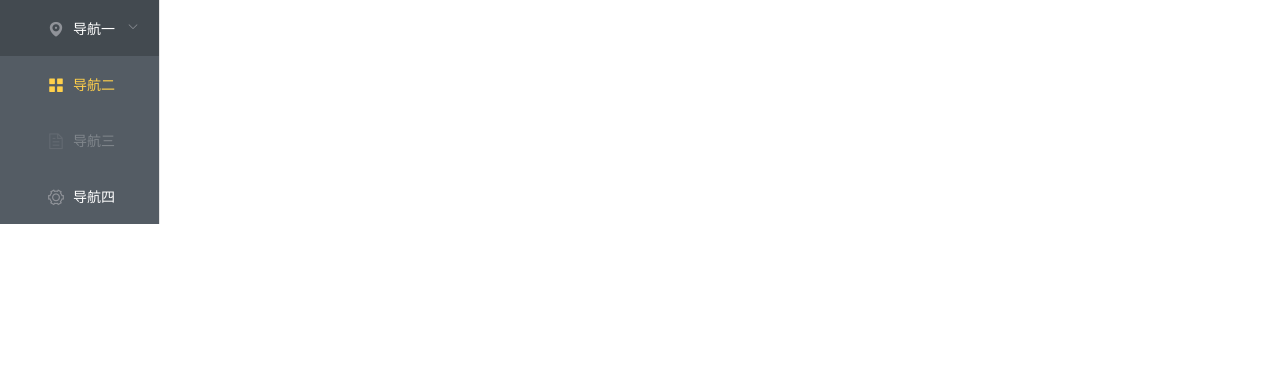
Repository: cjl0805/graduation-design-front
Page: /back/home
An editor plug-in stored every save of this project. The page is shown before and after the next save, followed by the edit.
The browser window is 1280 px wide. The pictures show the whole page.
The project was rebuilt for these pictures with package versions that can differ from the ones it lists, and the page was loaded fresh each time. Also part of the build but not shown: vue.config.js, src/components/RotationChart.vue, src/components/NavigationBar.vue, src/components/HairStylist.vue, src/components/HairStyle.vue, src/views/font/HairStyleView.vue, src/views/font/HairStylistView.vue, src/views/font/HomeView.vue and 13 more.

Above is the page before, as saved 2023-04-17 16:25:46.

After the next save:
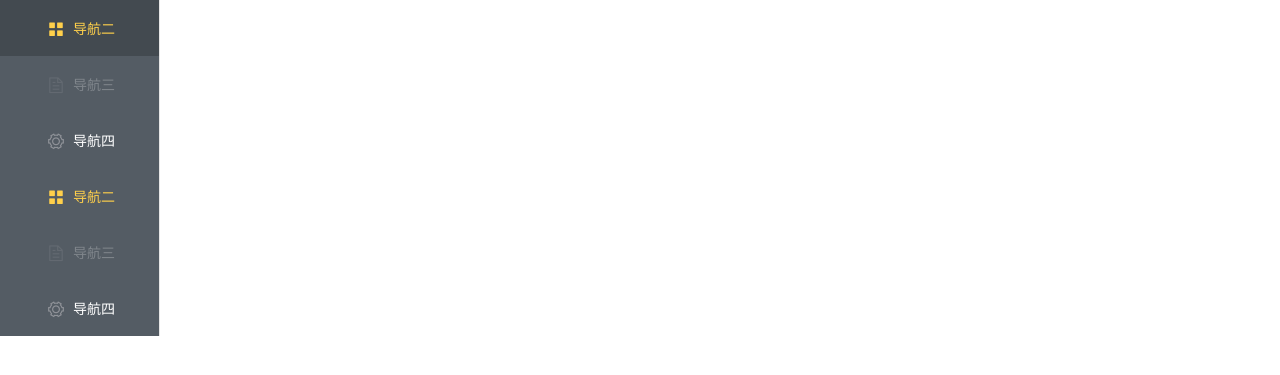
Saved 39 s later.
--- a/src/views/back/MainView.vue
+++ b/src/views/back/MainView.vue
@@ -9,24 +9,18 @@
       text-color="#fff"
       active-text-color="#ffd04b"
     >
-      <el-submenu index="1">
-        <template slot="title">
-          <i class="el-icon-location"></i>
-          <span>导航一</span>
-        </template>
-        <el-menu-item-group>
-          <template slot="title">分组一</template>
-          <el-menu-item index="1-1">选项1</el-menu-item>
-          <el-menu-item index="1-2">选项2</el-menu-item>
-        </el-menu-item-group>
-        <el-menu-item-group title="分组2">
-          <el-menu-item index="1-3">选项3</el-menu-item>
-        </el-menu-item-group>
-        <el-submenu index="1-4">
-          <template slot="title">选项4</template>
-          <el-menu-item index="1-4-1">选项1</el-menu-item>
-        </el-submenu>
-      </el-submenu>
+      <el-menu-item index="2">
+        <i class="el-icon-menu"></i>
+        <span slot="title">导航二</span>
+      </el-menu-item>
+      <el-menu-item index="3" disabled>
+        <i class="el-icon-document"></i>
+        <span slot="title">导航三</span>
+      </el-menu-item>
+      <el-menu-item index="4">
+        <i class="el-icon-setting"></i>
+        <span slot="title">导航四</span>
+      </el-menu-item>
       <el-menu-item index="2">
         <i class="el-icon-menu"></i>
         <span slot="title">导航二</span>
